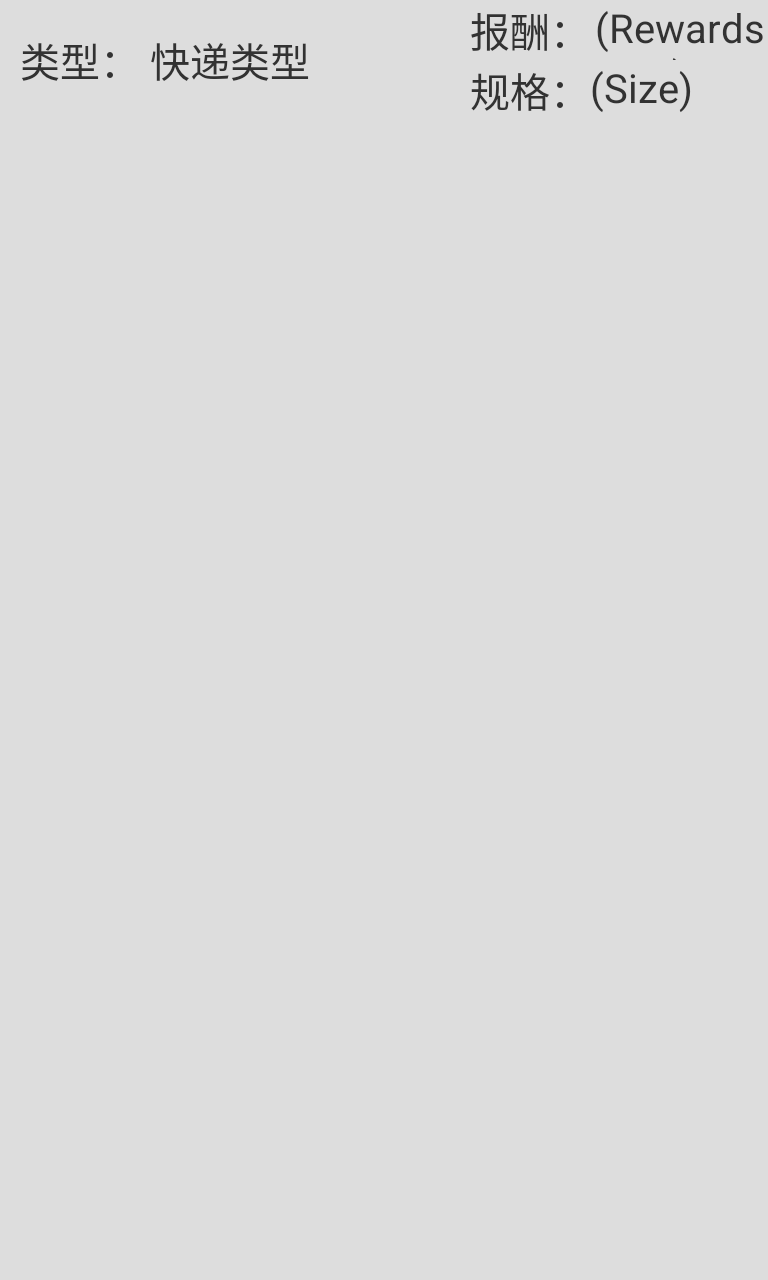
Repository: fariashen/campus-express
Layout: easyCourier/res/layout/item_request.xml
The author's editor kept a copy of each file at every save. The layout is drawn from the files as they stood at one save, then again after the next save.
It is drawn on a 768 x 1280 px phone screen (xhdpi) without system bars, with theme AppTheme; the app's code is not run. The app's manifest (not shown) leaves right-to-left support off. So textAlignment, textDirection and layoutDirection are ignored, and left and right values win over start and end ones.

Above is the layout before, as saved 2016-04-25 06:49:23.

### easyCourier/res/layout/item_request.xml
<?xml version="1.0" encoding="utf-8"?>
<RelativeLayout xmlns:android="http://schemas.android.com/apk/res/android"
    android:layout_width="match_parent"
    android:layout_height="wrap_content"
    android:layout_marginBottom="10dp"
    style="@style/common_vertical_division_line_style"
    android:orientation="vertical"
    android:paddingBottom="20dp"
    android:layout_marginTop="10dp" >

    <TextView
        android:id="@+id/tv_tip_itemKinds"
        android:layout_width="wrap_content"
        android:layout_height="wrap_content"
        android:layout_marginLeft="10dp"
        android:layout_marginTop="15dp"
        android:text="类型："
        android:textSize="20sp" />

    <TextView
        android:id="@+id/tv_itemKinds"
        android:layout_width="150dp"
        android:layout_height="wrap_content"
        android:layout_marginTop="15dp"
        android:layout_marginLeft="5dp"
        android:layout_toEndOf="@id/tv_tip_itemKinds"
        android:text="快递类型"
        android:textSize="20sp" />

    <TextView
        android:id="@+id/tv_tip_itemReward"
        android:layout_width="wrap_content"
        android:layout_height="30dp"
        android:layout_marginLeft="10dp"
        android:layout_toEndOf="@id/tv_itemKinds"
        android:text="报酬："
        android:textSize="20sp" />

    <TextView
        android:id="@+id/tv_itemReward"
        android:layout_width="wrap_content"
        android:layout_height="30dp"
        android:layout_toEndOf="@id/tv_tip_itemReward"
        android:gravity="center"
        android:text="(Rewards)"
        android:textSize="20sp" />



    <TextView
        android:id="@+id/tv_tip_itemSize"
        android:layout_width="wrap_content"
        android:layout_height="30dp"
        android:layout_toEndOf="@id/tv_itemKinds"
        android:layout_below="@id/tv_tip_itemReward"
        android:layout_marginLeft="10dp"
        android:text="规格："
        android:textSize="20sp" />

    <TextView
        android:id="@+id/tv_itemSize"
        android:layout_width="wrap_content"
        android:layout_height="30dp"
        android:layout_below="@id/tv_itemReward"
        android:layout_toEndOf="@id/tv_tip_itemSize"
        android:text="(Size)"
        android:textSize="20sp" />

</RelativeLayout>

### easyCourier/res/values/styles.xml
<resources xmlns:android="http://schemas.android.com/apk/res/android">

    <!--
        Base application theme, dependent on API level. This theme is replaced
        by AppBaseTheme from res/values-vXX/styles.xml on newer devices.
    -->
    <style name="AppBaseTheme" parent="android:Theme.Light">
        <!--
            Theme customizations available in newer API levels can go in
            res/values-vXX/styles.xml, while customizations related to
            backward-compatibility can go here.
        -->
    </style>

    <!-- Application theme. -->
    <style name="AppTheme" parent="AppBaseTheme">
        <!-- All customizations that are NOT specific to a particular API-level can go here. -->
    </style>

    <!-- 最外层样式 -->
    <style name="wrap_layout">
        <item name="android:orientation">vertical</item>
        <item name="android:layout_height">wrap_content</item>
        <item name="android:layout_width">match_parent</item>
        <item name="android:layout_marginLeft">8dp</item>
        <item name="android:layout_marginRight">8dp</item>
        <item name="android:layout_marginTop">8dp</item>
		<item name="android:padding">1px</item>
        <item name="android:background">@drawable/bg_layout_shape</item>

    </style>

    <!-- 共用层样式 -->
    <style name="base_layout">
        <item name="android:orientation">horizontal</item>
		 <item name="android:layout_width">match_parent</item>
		 <item name="android:layout_height">wrap_content</item>
		 <item name="android:paddingTop">16dp</item>
		 <item name="android:paddingBottom">16dp</item>
		 <item name="android:paddingLeft">12dp</item>
		 <item name="android:paddingRight">12dp</item>
        <item name="android:gravity">center_vertical</item>
         <item name="android:focusable">true</item>
        <item name="android:clickable">true</item>
    </style>


    <!-- 上圆角样式 -->
    <style name="top_layout" parent="base_layout">
        <item name="android:background">@drawable/top_layout_selector</item>
    </style>


    <!--无圆角样式  -->
    <style name="mid_layout" parent="base_layout">
         <item name="android:background">@drawable/mid_layout_selector</item>
    </style>

        <!-- 下圆角样式 -->
    <style name="bottom_layout"  parent="base_layout">
          <item name="android:background">@drawable/bottom_layout_selector</item>
    </style>

    <!-- 全圆角样式 -->
    <style name="single_layout" parent="base_layout">
        <item name="android:background">@drawable/single_layout_selector</item>
    </style>



    <!-- textview样式 -->
    <style name="usertext">
        <item name="android:textSize">16dp</item>
        <item name="android:textColor">@color/text_clo</item>
        <item name="android:layout_width">wrap_content</item>
        <item name="android:layout_height">wrap_content</item>
        <item name="android:layout_weight">1</item>
    </style>


    <!-- 文本右边箭头样式 -->
    <style name="img_arrow">
        <item name="android:layout_width">wrap_content</item>
        <item name="android:layout_height">wrap_content</item>
        <item name="android:src">@drawable/setting_arrow</item>

    </style>


   <!-- view分割线样式 -->
    <style name="bg_line">
        <item name="android:layout_width">match_parent</item>
        <item name="android:layout_height">1px</item>
        <item name="android:background">@color/border_clo</item>
    </style>

    <style name="common_vertical_division_line_style">
    <item name="android:layout_width">0.5dp</item>
    <item name="android:layout_height">match_parent</item>
    <item name="android:background">#dddddd</item>
    </style>



    <!--  这个是加入退出时界面的代码 -->
    <style name="mypopwindow_anim_style">
        <item name="android:windowEnterAnimation">@anim/popshow_anim</item>
 <!-- 指定显示的动画xml -->

        <item name="android:windowExitAnimation">@anim/pophidden_anim</item>
 <!-- 指定消失的动画xml -->
    </style>
</resources>

Loaded but not shown: easyCourier/res/values-v11/styles.xml (common file); easyCourier/res/values-v14/styles.xml (common file)

After the next save:
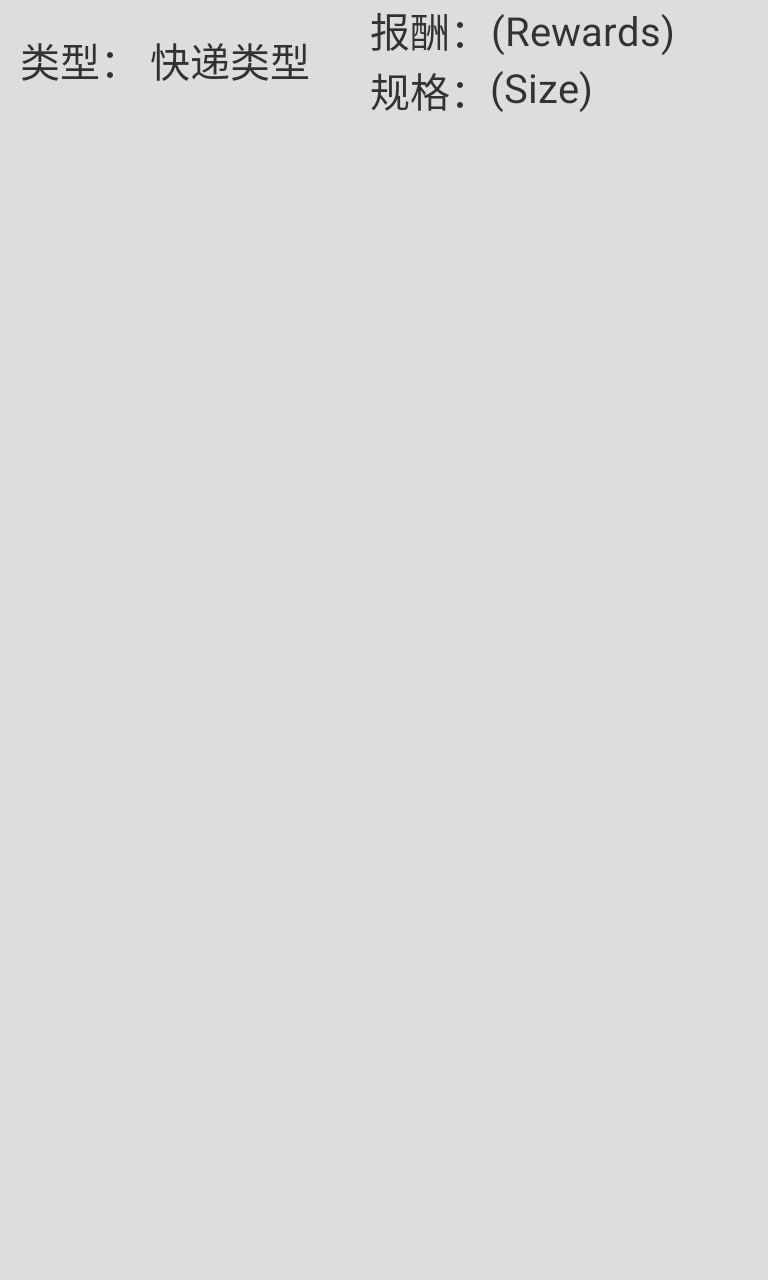
Saved 9 s later.
--- a/easyCourier/res/layout/item_request.xml
+++ b/easyCourier/res/layout/item_request.xml
@@ -19,7 +19,7 @@
 
     <TextView
         android:id="@+id/tv_itemKinds"
-        android:layout_width="150dp"
+        android:layout_width="100dp"
         android:layout_height="wrap_content"
         android:layout_marginTop="15dp"
         android:layout_marginLeft="5dp"
